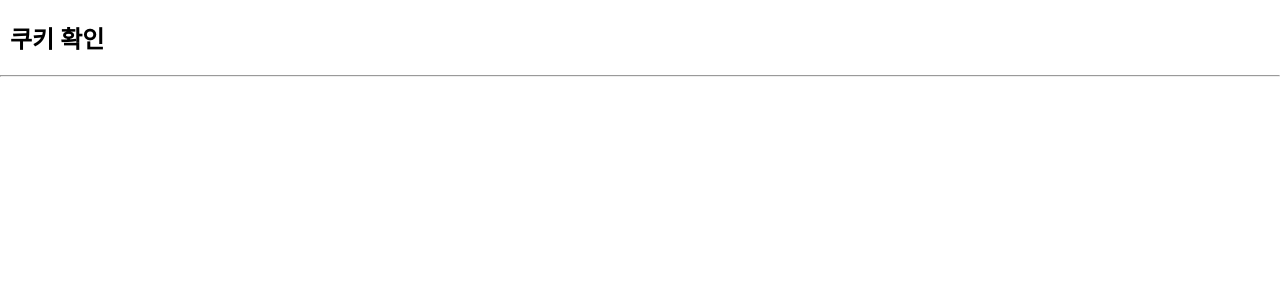
Repository: hyunh84/jsp_study
Page: http://localhost/Day07/j02_check.jsp
An editor plug-in stored every save of this project. The page is shown before and after the next save, followed by the edit.
The browser window is 1280 px wide. The pictures show the whole page.
The page is served by Tomcat 9. Other server files are loaded and not shown.

Above is the page before, as saved 2015-10-10 01:52:29.

### MyWorks/Day07/WebContent/j02_check.jsp
<%@ page language="java" contentType="text/html; charset=utf-8"
    pageEncoding="utf-8"%>
<!DOCTYPE html>
<html>
<head>
<meta charset="utf-8">
<title>Insert title here</title>
<style type="text/css">
	* {margin:0; padding:0;}
	a {color:#555; text-decoration:none;}
	a:hover {color:blue; text-decoration:underline;}
	h2 {padding:20px 10px;}
	table {border-collapse:collapse; }
	table th {padding:5px; border:1px solid #777;}
	table td {padding:5px; border:1px solid #777;}
</style>
</head>
<body>
	<h2>쿠키 확인</h2>
	<hr />

	<%
		Cookie[] cookies = request.getCookies();

		if(cookies != null) {

			for(Cookie each : cookies) {

				String name = each.getName();
				String value = each.getValue();
	%>
				전송된 쿠키 이름 : <%=name %>
				전송된 쿠키 값 : <%=name %><br />
	<%
			}

		}else{
	%>
	<%
		}
	%>




</body>
</html>

After the next save:
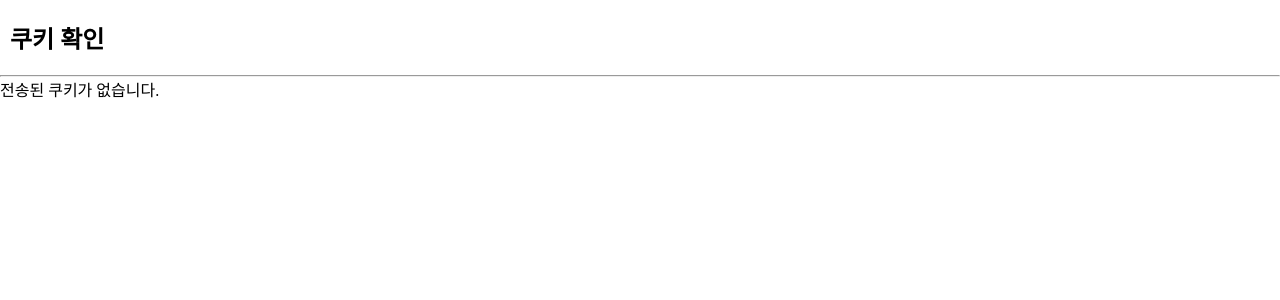
Saved 10 s later.
--- a/MyWorks/Day07/WebContent/j02_check.jsp
+++ b/MyWorks/Day07/WebContent/j02_check.jsp
@@ -36,6 +36,7 @@
 
 		}else{
 	%>
+		전송된 쿠키가 없습니다.
 	<%
 		}
 	%>
